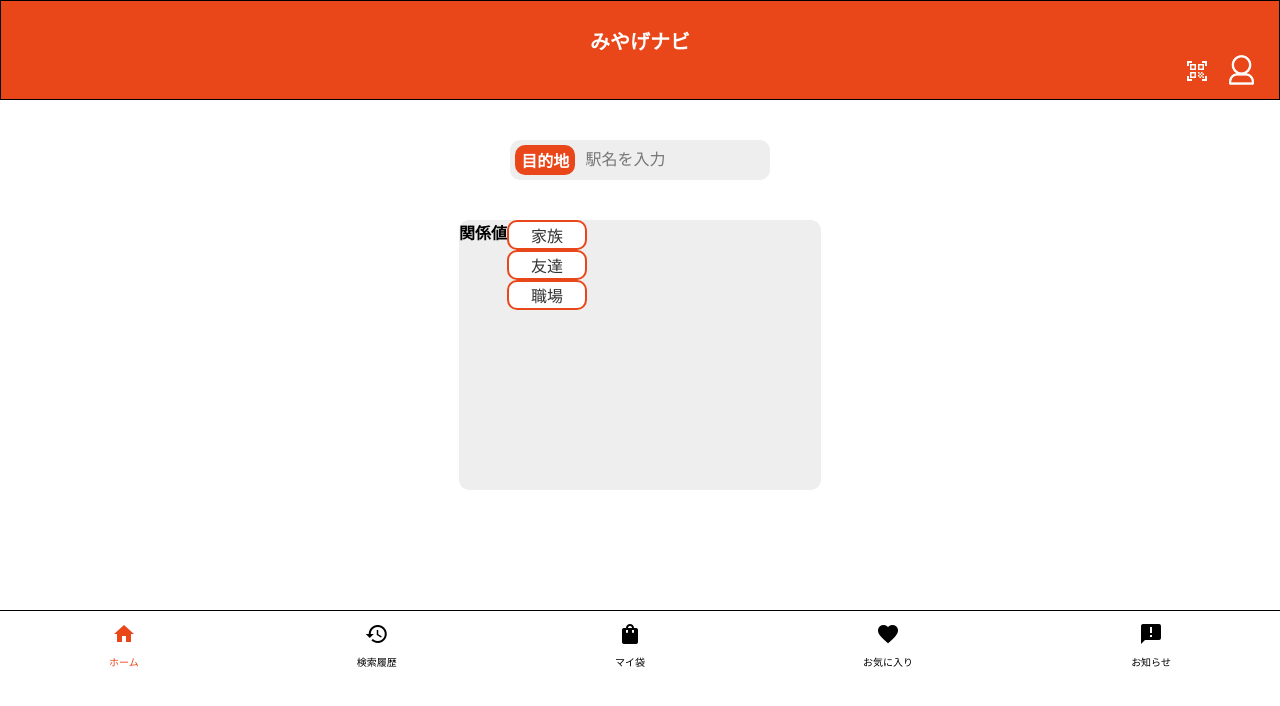
Repository: ama-ne2/miyage_nav
Page: index.html
An editor plug-in stored every save of this project. The page is shown before and after the next save, followed by the edit.
The browser window is 1280 px wide. The pictures show the whole page.

Above is the page before, as saved 2026-02-06 17:30:21.

### index.html
<!DOCTYPE html>
<html lang="ja">
<head>
    <meta charset="utf-8">
    <meta name="viewport" content="width=device-width, initial-scale=1">
    <meta name="color-scheme" content="light dark">
    <meta name="format-detection" content="telephone=no">
    <meta name="description" content="ここに説明文を設定">
    <title>index</title>

    <!-- 共有用 OGP / X(Twitter) -->
    <meta property="og:site_name" content="サイト名">
    <meta property="og:title" content="サイトタイトル">
    <meta property="og:description" content="サイト説明文">
    <meta property="og:type" content="website">
    <meta property="og:url" content="https://hoge.ecc.com/">
    <meta property="og:image" content="https://hoge.ecc.com/ogp.png">
    <meta name="twitter:card" content="summary_large_image">
    <meta name="twitter:site" content="@twitteraccount">

    <!-- 正規URL -->
    <link rel="canonical" href="https://hoge.ecc.com/">

    <!-- アイコン（SVG優先、ICOフォールバック、Apple Touch） -->
    <link rel="icon" type="image/svg+xml" href="/favicon.svg">
    <link rel="alternate icon" href="/favicon.ico">
    <link rel="apple-touch-icon" href="/apple-touch-icon.png" sizes="180x180">

    <!-- テーマカラー（PWAでなくてもアドレスバー色に反映） -->
    <meta name="theme-color" content="#FFFFFF">

    <link rel="stylesheet" href="css/ress.css">
    <link rel="stylesheet" href="css/style.css">
    <link rel="stylesheet" href="css/index.css">
    <link href="https://fonts.googleapis.com/icon?family=Material+Icons" rel="stylesheet">

</head>
<body>
<div class="main_content">
    <header>
        <div class="header_wrap">
            <h1  class="header_title">みやげナビ</h1>
            <div class="header_icon_wrap">
            <span class="material-icons qr_mark">
                    qr_code_scanner
                </span>
                <p><img src="img/icon.png" alt="マイページのアイコン" class="mypage_icon"></p>
            </div>
        </div>
    </header>
    <main>
        <div class="destination">
            <p>目的地</p>
            <input type="text" placeholder="駅名を入力">
        </div>
        <div class="keyword_wrap">
            <div class="keyword">
                <h2>関係値</h2>
                        <div class="radio_wrap">
                            <input type="radio" name="related" value="家族" id="family"> <label for="family">家族</label>
                            <input type="radio" name="related" value="友達" id="friend"> <label for="friend">友達</label>
                            <input type="radio" name="related" value="職場" id="office"> <label for="office">職場</label>
                        </div>
            </div>

        </div>
    </main>
    <footer>
        <div class="footer_icon active">
            <span class="material-icons">
            home
            </span>
            <p>ホーム</p>
        </div>
        <div class="footer_icon">
            <span class="material-icons">
            history
            </span>
            <p>検索履歴</p>
        </div>
        <div class="footer_icon">
        <span class="material-icons">
        shopping_bag
        </span>
            <p>マイ袋</p>
        </div>
        <div class="footer_icon">
            <span class="material-icons">
            favorite
            </span>
            <p>お気に入り</p>
        </div>
        <div class="footer_icon">
            <span class="material-icons">
            announcement
            </span>
            <p>お知らせ</p>
        </div>
    </footer>
</div>
</body>
</html>

### css/ress.css

/* resset.dev • v5.0.2 */

/* # =================================================================
   # Global selectors
   # ================================================================= */

html {
  box-sizing: border-box;
  -webkit-text-size-adjust: 100%; /* Prevent adjustments of font size after orientation changes in iOS */
  word-break: normal;
  -moz-tab-size: 4;
  tab-size: 4;
}

*,
::before,
::after {
  background-repeat: no-repeat; /* Set `background-repeat: no-repeat` to all elements and pseudo elements */
  box-sizing: inherit;
}

::before,
::after {
  text-decoration: inherit; /* Inherit text-decoration and vertical align to ::before and ::after pseudo elements */
  vertical-align: inherit;
}

* {
  padding: 0; /* Reset `padding` and `margin` of all elements */
  margin: 0;
}

/* # =================================================================
   # General elements
   # ================================================================= */

hr {
  overflow: visible; /* Show the overflow in Edge and IE */
  height: 0; /* Add the correct box sizing in Firefox */
  color: inherit; /* Correct border color in Firefox. */
}

details,
main {
  display: block; /* Render the `main` element consistently in IE. */
}

summary {
  display: list-item; /* Add the correct display in all browsers */
}

small {
  font-size: 80%; /* Set font-size to 80% in `small` elements */
}

[hidden] {
  display: none; /* Add the correct display in IE */
}

abbr[title] {
  border-bottom: none; /* Remove the bottom border in Chrome 57 */
  /* Add the correct text decoration in Chrome, Edge, IE, Opera, and Safari */
  text-decoration: underline;
  text-decoration: underline dotted;
}

a {
  background-color: transparent; /* Remove the gray background on active links in IE 10 */
}

a:active,
a:hover {
  outline-width: 0; /* Remove the outline when hovering in all browsers */
}

code,
kbd,
pre,
samp {
  font-family: monospace, monospace; /* Specify the font family of code elements */
}

pre {
  font-size: 1em; /* Correct the odd `em` font sizing in all browsers */
}

b,
strong {
  font-weight: bolder; /* Add the correct font weight in Chrome, Edge, and Safari */
}

/* https://gist.github.com/unruthless/413930 */
sub,
sup {
  font-size: 75%;
  line-height: 0;
  position: relative;
  vertical-align: baseline;
}

sub {
  bottom: -0.25em;
}

sup {
  top: -0.5em;
}

table {
  border-color: inherit; /* Correct border color in all Chrome, Edge, and Safari. */
  text-indent: 0; /* Remove text indentation in Chrome, Edge, and Safari */
}

iframe {
  border-style: none;
}

/* # =================================================================
   # Forms
   # ================================================================= */

input {
  border-radius: 0;
}

[type='number']::-webkit-inner-spin-button,
[type='number']::-webkit-outer-spin-button {
  height: auto; /* Correct the cursor style of increment and decrement buttons in Chrome */
}

[type='search'] {
  -webkit-appearance: textfield; /* Correct the odd appearance in Chrome and Safari */
  outline-offset: -2px; /* Correct the outline style in Safari */
}

[type='search']::-webkit-search-decoration {
  -webkit-appearance: none; /* Remove the inner padding in Chrome and Safari on macOS */
}

textarea {
  overflow: auto; /* Internet Explorer 11+ */
  resize: vertical; /* Specify textarea resizability */
}

button,
input,
optgroup,
select,
textarea {
  font: inherit; /* Specify font inheritance of form elements */
}

optgroup {
  font-weight: bold; /* Restore the font weight unset by the previous rule */
}

button {
  overflow: visible; /* Address `overflow` set to `hidden` in IE 8/9/10/11 */
}

button,
select {
  text-transform: none; /* Firefox 40+, Internet Explorer 11- */
}

/* Apply cursor pointer to button elements */
button,
[type='button'],
[type='reset'],
[type='submit'],
[role='button'] {
  cursor: pointer;
}

/* Remove inner padding and border in Firefox 4+ */
button::-moz-focus-inner,
[type='button']::-moz-focus-inner,
[type='reset']::-moz-focus-inner,
[type='submit']::-moz-focus-inner {
  border-style: none;
  padding: 0;
}

/* Replace focus style removed in the border reset above */
button:-moz-focusring,
[type='button']::-moz-focus-inner,
[type='reset']::-moz-focus-inner,
[type='submit']::-moz-focus-inner {
  outline: 1px dotted ButtonText;
}

button,
html [type='button'], /* Prevent a WebKit bug where (2) destroys native `audio` and `video`controls in Android 4 */
[type='reset'],
[type='submit'] {
  -webkit-appearance: button; /* Correct the inability to style clickable types in iOS */
}

/* Remove the default button styling in all browsers */
button,
input,
select,
textarea {
  background-color: transparent;
  border-style: none;
}

a:focus,
button:focus,
input:focus,
select:focus,
textarea:focus {
  outline-width: 0;
}

/* Style select like a standard input */
select {
  -moz-appearance: none; /* Firefox 36+ */
  -webkit-appearance: none; /* Chrome 41+ */
}

select::-ms-expand {
  display: none; /* Internet Explorer 11+ */
}

select::-ms-value {
  color: currentColor; /* Internet Explorer 11+ */
}

legend {
  border: 0; /* Correct `color` not being inherited in IE 8/9/10/11 */
  color: inherit; /* Correct the color inheritance from `fieldset` elements in IE */
  display: table; /* Correct the text wrapping in Edge and IE */
  max-width: 100%; /* Correct the text wrapping in Edge and IE */
  white-space: normal; /* Correct the text wrapping in Edge and IE */
  max-width: 100%; /* Correct the text wrapping in Edge 18- and IE */
}

::-webkit-file-upload-button {
  /* Correct the inability to style clickable types in iOS and Safari */
  -webkit-appearance: button;
  color: inherit;
  font: inherit; /* Change font properties to `inherit` in Chrome and Safari */
}

/* Replace pointer cursor in disabled elements */
[disabled] {
  cursor: default;
}

/* # =================================================================
   # Specify media element style
   # ================================================================= */

img {
  border-style: none; /* Remove border when inside `a` element in IE 8/9/10 */
}

/* Add the correct vertical alignment in Chrome, Firefox, and Opera */
progress {
  vertical-align: baseline;
}

/* # =================================================================
   # Accessibility
   # ================================================================= */

/* Specify the progress cursor of updating elements */
[aria-busy='true'] {
  cursor: progress;
}

/* Specify the pointer cursor of trigger elements */
[aria-controls] {
  cursor: pointer;
}

/* Specify the unstyled cursor of disabled, not-editable, or otherwise inoperable elements */
[aria-disabled='true'] {
  cursor: default;
}

### css/style.css
html{
    font-size: 62.5%;
}

html , body{
    width: 100%;
    height: 100%;
    font-family: "Hiragino Kaku Gothic Pro" , sans-serif;
    display: flex;
    justify-content: center;
    /* background-image: url("../img/miyage_nav_logo.png");
    background-repeat: repeat; */
}
.main_content{
    width: 402px;
}

header{
    width: 100%;
    height: 100px;
    background-color: #E94619;
    position: fixed;
    top: 0;
    left: 0;
    .header_wrap{
        border: 1px solid #000;
        display: flex;
        flex-direction: column;
        justify-content: end;
        margin-top: auto;
        height: 100%;
    }
    .header_title{
        display: flex;
        color: #fff;
        justify-content: center;
    }
    .qr_mark{
        color: #fff;
    }
    .header_icon_wrap{
        /* border: 1px solid #000; */
        display: flex;
        justify-content: end;
        align-items: center;
        margin-right: 25px;
        margin-bottom: 12px;
        gap: 20px;
    }
}
main{
    overflow: scroll;
    /* border: #000 solid 1px; */
}
footer{
    background-color: #fff;
    position: fixed;
    bottom: 0;
    left: 0;
    display: flex;
    justify-content: space-around;
    width: 100vw;
    height: 110px;
    border-top: #000 solid 1px;

/* footerのアイコンたち */
    .footer_icon{
        display: flex;
        flex-direction: column;
        align-items: center;
        gap: 8px;
        margin-top: 11px;
        &.active{
            color: #E94619;
        }
    }
}

### css/index.css
main {
    margin-top: 100px;
}

.destination{
    display: flex;
    align-items: center;
    background-color: #EEE;
    border-radius: 10px;
    width: 260px;
    height: 40px;
    gap: 10px;
    margin: 40px auto;
    p{
        background-color: #E94619;
        color: #fff;
        width: 70px;
        height: 30px;
        display: flex;
        justify-content: center;
        align-items: center;
        border-radius: 10px;
        font-size: 1.6rem;
        font-weight: bold;
        margin-left: 5px;
    }
    input{
        height: 30px;
        width: 80%;
        margin-right: 5px;
        font-size: 1.6rem;
    }
}

.keyword_wrap{
    background-color: #EEE;
    border-radius: 10px;
    width: 362px;
    height: 270px;
    margin: 0 20px;
}
.keyword{
    display: flex;
    h2{
        font-size: 1.6rem;
    }
    input[type="radio"]{
        background-color: tomato;
        display: none;
    }
    input[type="radio"] + label{
        color: #333;
        background-color: #fff;
        border: solid 2px #E94619;
        display: flex;
        justify-content: center;
        align-items: center;
        border-radius: 10px;
        font-size: 1.6rem;
        width: 80px;
        height: 30px;
    }
    input[type="radio"]:checked + label{
        color: #fff;
        background-color: #E94619;
    }
}

After the next save:
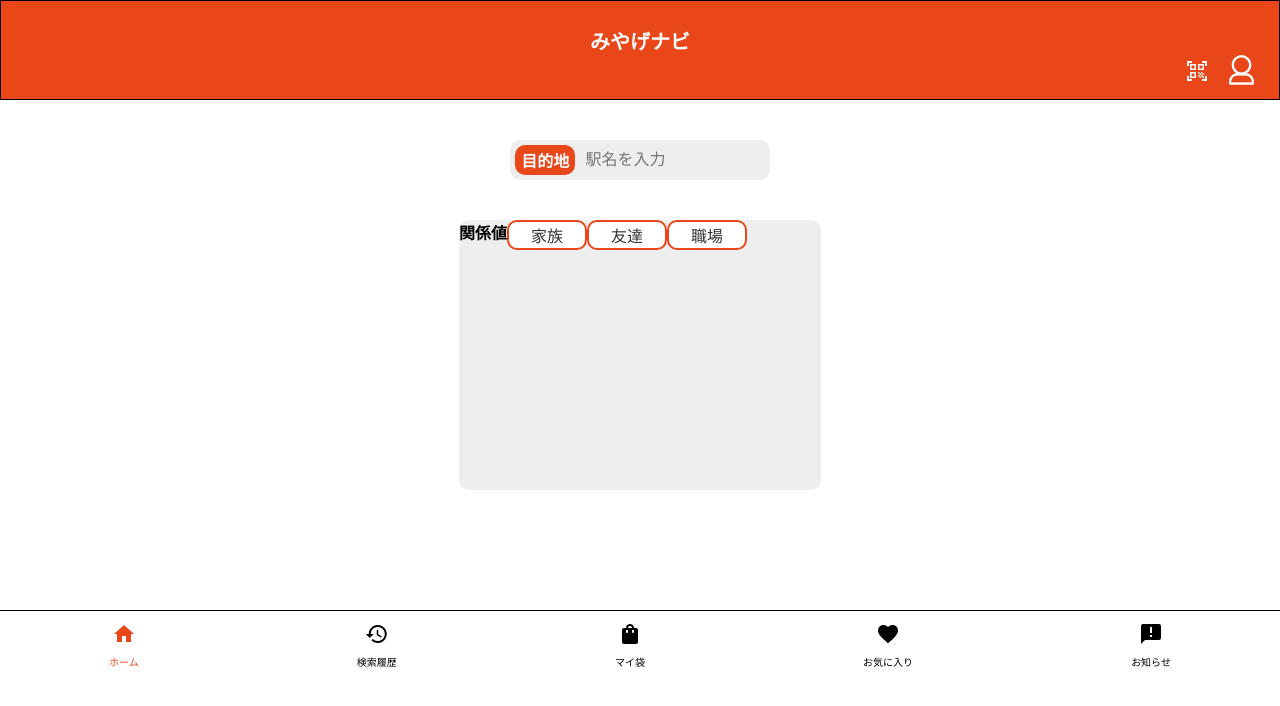
Saved 2 min 2 s later.
--- a/css/index.css
+++ b/css/index.css
@@ -65,3 +65,7 @@ main {
         background-color: #E94619;
     }
 }
+
+.radio_wrap{
+    display: flex;
+}
